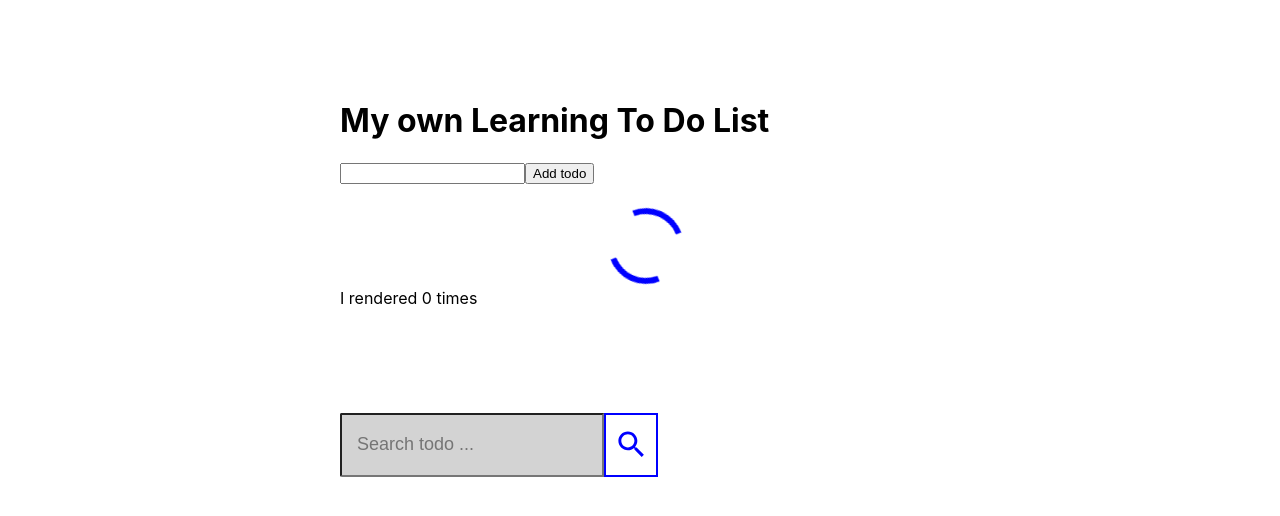
Repository: ArusyakAghajanyan/To-Do
Page: /
These files come from the project's save history. The page is drawn as it stood at one moment and after the next save; the edit follows.
The browser window is 1280 px wide. The pictures show the whole page.
The page's requests for data from a server got no answer. The project was rebuilt for these pictures with package versions that can differ from the ones it lists, and the page was loaded fresh each time. No one was signed in, and anything a server would have sent is missing. Also part of the build but not shown: src/Todo/TodoItem.js, src/Todo/TodoList.js.

Above is the page before, as saved 2022-03-11 02:15:44.

After the next save:
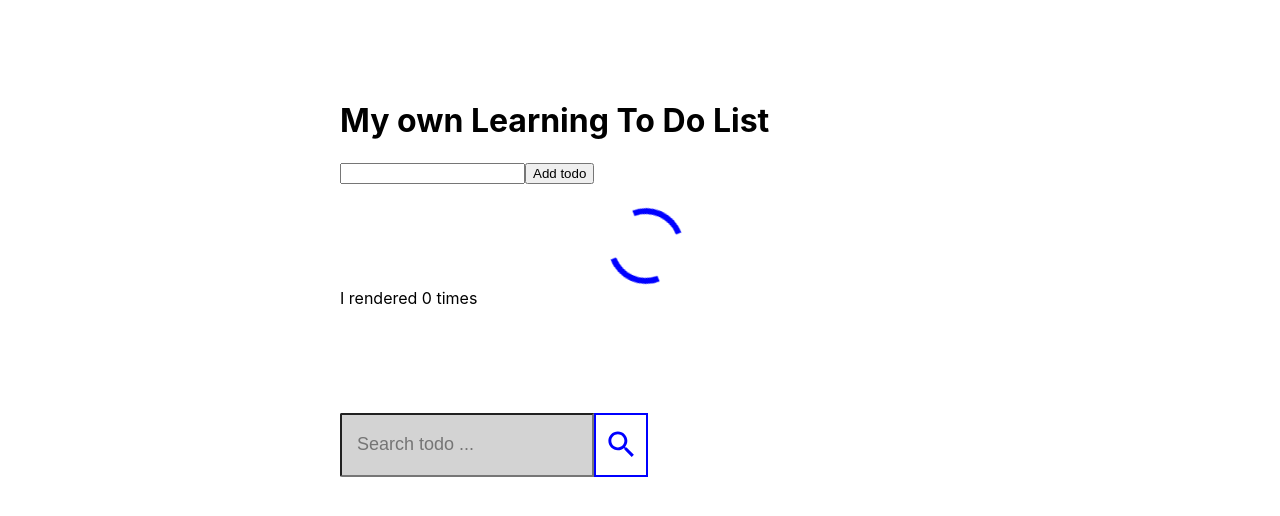
Saved 9 s later.
--- a/src/Search/SearchBar.css
+++ b/src/Search/SearchBar.css
@@ -12,7 +12,7 @@
     font-size: 18px;
     padding: 15px;
     height: 30px;
-    width: 230px;
+    width: 220px;
   }
 
   .searchIcon {
